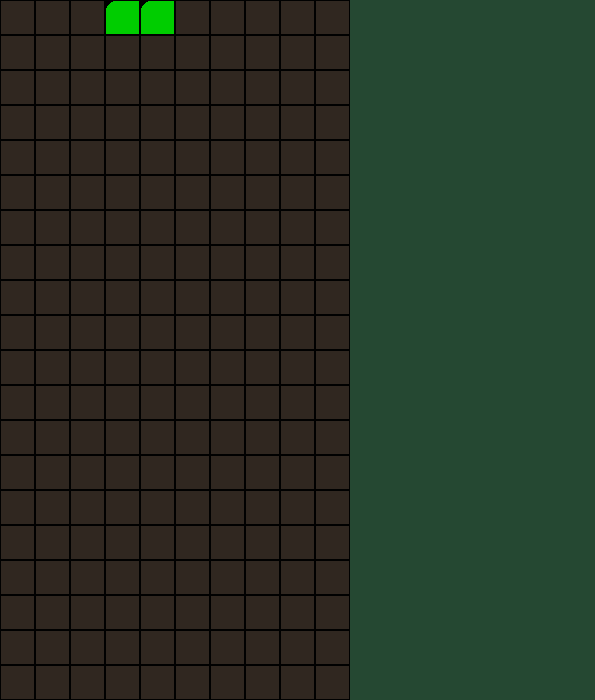
Repository: lucacdev/Tetris
Script's output: python assets/main.py
The author's editor kept a copy of each file at every save. The script's output is drawn from the files as they stood at one save, then again after the next save.
The window is shown after at most 60 frames with no key pressed. Random numbers start from a fixed seed.

Above is the script's output before, as saved 2024-03-02 14:06:00.

### assets/main.py
from settings import *
from tetris import Tetris
import sys
import pathlib

class App:
    def __init__(self):
        pg.init()
        pg.display.set_caption('Tetris')
        self.screen = pg.display.set_mode(WIN_RES)
        self.clock = pg.time.Clock()
        self.set_timer()
        # self.images = self.load_images()
        self.tetris = Tetris(self)

    """ def load_images(self):
        files = [item for item in pathlib.Path(SPRITE_DIR_PATH).rglob('*.png') if item.is_file()]
        images = [pg.image.load(file).convert_alpha() for file in files]
        images = [pg.transform.scale(image, (TILE_SIZE, TILE_SIZE)) for image in images]
        return images """

    def set_timer(self):
        self.user_event = pg.USEREVENT
        self.fast_user_event = pg.USEREVENT + 1
        self.anim_trigger = False
        self.fast_anim_trigger = False
        pg.time.set_timer(self.user_event, ANIM_TIME_INTERVAL)
        pg.time.set_timer(self.fast_user_event, FAST_ANIM_TIME_INTERVAL)

    def update(self):
        self.tetris.update()
        self.clock.tick(FPS)

    def draw(self):
        self.screen.fill(color=BG_COLOUR)
        self.screen.fill(color=FIELD_COLOUR, rect=(0, 0, *FIELD_RES))
        self.tetris.draw()
        pg.display.flip()

    def check_events(self):
        self.anim_trigger = False
        self.fast_anim_trigger = False
        for event in pg.event.get():
            if event.type == pg.QUIT or (event.type == pg.KEYDOWN and event.key == pg.K_ESCAPE):
                pg.quit()
                sys.exit()
            elif event.type == pg.KEYDOWN:
                self.tetris.control(pressed_key=event.key)
            elif event.type == self.user_event:
                self.anim_trigger = True
            elif event.type == self.fast_user_event:
                self.fast_anim_trigger = True

    def run(self):
        while True:
            self.check_events()
            self.update()
            self.draw()

if __name__ == '__main__':
    app = App()
    app.run()

### assets/settings.py
import pygame as pg

vec = pg.math.Vector2

FPS = 60
FIELD_COLOUR = (48, 39, 32)
BG_COLOUR = (37, 72, 50)

# SPRITE_DIR_PATH = 'assets/sprites'

ANIM_TIME_INTERVAL = 150 # ms
FAST_ANIM_TIME_INTERVAL = 15 # ms

TILE_SIZE = 35
FIELD_SIZE = FIELD_W, FIELD_H = 10, 20
FIELD_RES = FIELD_W * TILE_SIZE, FIELD_H * TILE_SIZE

FIELD_SCALE_W, FIELD_SCALE_H = 1.7, 1.0
WIN_RES = WIN_W, WIN_H = FIELD_RES[0] * FIELD_SCALE_W, FIELD_RES[1] * FIELD_SCALE_H

INIT_POS_OFFSET = vec(FIELD_W // 2 - 1, 0)
MOVE_DIRECTIONS = {'left': vec(-1, 0), 'right': vec(1, 0), 'down': vec(0, 1)}

TETROMINOES = {
    'O' : [(0, 0), (0, -1), (1, 0), (1, -1)],
    'I' : [(0, 0), (0, 1), (0, -1), (0, -2)],
    'S' : [(0, 0), (-1, 0), (0, -1), (1, -1)],
    'Z' : [(0, 0), (1, 0), (0, -1), (-1, -1)],
    'L' : [(0, 0), (1, 0), (0, -1), (0, -2)],
    'J' : [(0, 0), (-1, 0), (0, -1), (0, -2)],
    'T' : [(0, 0), (-1, 0), (1, 0), (0, -1)]
}

TETROMINOES_COLOURS = {
    'O' : (205, 205, 0),
    'I' : (0, 205, 205),
    'S' : (0, 205, 0),
    'Z' : (205, 0, 0),
    'L' : (205, 102, 0),
    'J' : (0, 0, 205),
    'T' : (154, 0, 205)
}

### assets/tetris.py
from settings import *
import math
from tetromino import Tetromino

class Tetris:
    def __init__(self, app):
        self.app = app
        self.sprite_group = pg.sprite.Group()
        self.field_array = self.get_field_array()
        self.tetromino = Tetromino(self)
        self.speed_up = False

    def check_full_lines(self):
        row = FIELD_H - 1
        for y in range(FIELD_H - 1, -1, -1):
            for x in range(FIELD_W):
                self.field_array[row][x] = self.field_array[y][x]

                if self.field_array[y][x]:
                    self.field_array[row][x].pos = vec(x, y)

            if sum(map(bool, self.field_array[y])) < FIELD_W:
                row -= 1
            else:
                for x in range(FIELD_W):
                    self.field_array[row][x].alive = False
                    self.field_array[row][x] = 0

    def put_blocks_in_array(self):
        for block in self.tetromino.blocks:
            x, y = int(block.pos.x), int(block.pos.y)
            self.field_array[y][x] = block

    def get_field_array(self):
        return [[0 for x in range(FIELD_W)] for y in range(FIELD_H)]

    def check_landing(self):
        if self.tetromino.landing:
            self.speed_up = False
            self.put_blocks_in_array()
            self.tetromino = Tetromino(self)

    def control(self, pressed_key):
        if pressed_key == pg.K_LEFT:
            self.tetromino.move(direction='left')
        elif pressed_key == pg.K_RIGHT:
            self.tetromino.move(direction='right')
        elif pressed_key == pg.K_UP:
            self.tetromino.rotate()
        elif pressed_key == pg.K_DOWN:
            self.speed_up = True

    def draw_grid(self):
        for x in range (FIELD_W):
            for y in range (FIELD_H):
                pg.draw.rect(self.app.screen, 'black',
                             (x * TILE_SIZE, y * TILE_SIZE, TILE_SIZE, TILE_SIZE), 1)

    def update(self):
        trigger = [self.app.anim_trigger, self.app.fast_anim_trigger][self.speed_up]
        if trigger:
            self.check_full_lines()
            self.tetromino.update()
            self.check_landing()
        self.sprite_group.update()

    def draw(self):
        self.draw_grid()
        self.sprite_group.draw(self.app.screen)

### assets/tetromino.py
from settings import *
import random
from threading import Timer

class Block(pg.sprite.Sprite):
    def __init__(self, tetromino, pos):
        self.tetromino = tetromino
        self.pos = vec(pos) + INIT_POS_OFFSET
        self.alive = True

        super().__init__(tetromino.tetris.sprite_group)
        # self.image = tetromino.image
        self.image = pg.Surface([TILE_SIZE, TILE_SIZE])
        pg.draw.rect(self.image, tetromino.image, (1, 1, TILE_SIZE - 2, TILE_SIZE - 2), border_top_left_radius = 10)
        self.rect = self.image.get_rect()

    def is_alive(self):
        if not self.alive:
            self.kill()

    def rotate(self, pivot_pos):
        translated = self.pos - pivot_pos
        rotated = translated.rotate(90)
        return rotated + pivot_pos

    def set_rect_pos(self):
        self.rect.topleft = self.pos * TILE_SIZE

    def update(self):
        self.is_alive()
        self.set_rect_pos()

    def is_collide(self, pos):
        x, y = int(pos.x), int(pos.y)
        if 0 <= x < FIELD_W and y < FIELD_H and (y < 0 or not self.tetromino.tetris.field_array[y][x]):
            return False
        return True

class Tetromino:
    def __init__(self, tetris):
        self.tetris = tetris
        self.shape = random.choice(list(TETROMINOES.keys()))
        # self.image = random.choice(tetris.app.images)
        self.image = TETROMINOES_COLOURS[self.shape]
        self.blocks = [Block(self, pos) for pos in TETROMINOES[self.shape]]
        self.landing = False

    def rotate(self):
        pivot_pos = self.blocks[0].pos
        new_block_positions = [block.rotate(pivot_pos) for block in self.blocks]

        if not self.is_collide(new_block_positions):
            for i, block in enumerate(self.blocks):
                block.pos = new_block_positions[i]

    def is_collide(self, block_positions):
        return any(map(Block.is_collide, self.blocks, block_positions))

    def move(self, direction):
        move_direction = MOVE_DIRECTIONS[direction]
        new_block_positions = [block.pos + move_direction for block in self.blocks]
        is_collide = self.is_collide(new_block_positions)

        if not is_collide:
            for block in self.blocks:
                block.pos += move_direction
        elif direction == 'down':
            self.landing = True

    def update(self):
        self.move(direction='down')

After the next save:
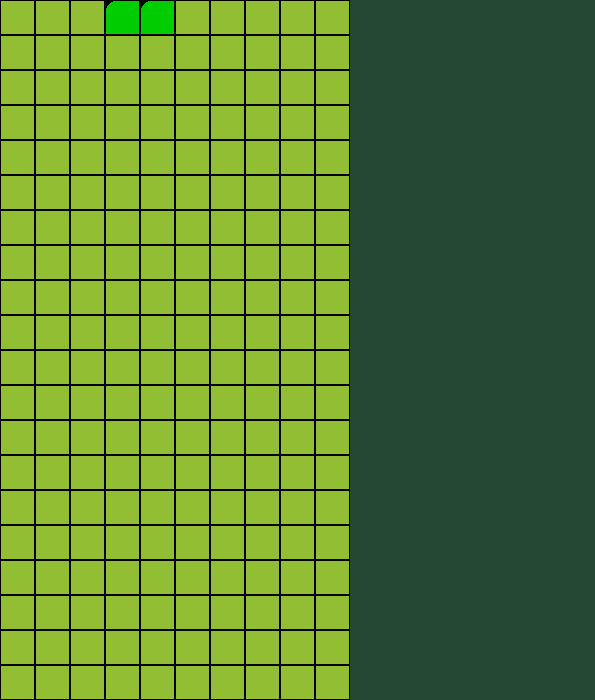
Saved 51 s later.
--- a/assets/settings.py
+++ b/assets/settings.py
@@ -3,7 +3,7 @@
 vec = pg.math.Vector2
 
 FPS = 60
-FIELD_COLOUR = (48, 39, 32)
+FIELD_COLOUR = (146, 190, 51)
 BG_COLOUR = (37, 72, 50)
 
 # SPRITE_DIR_PATH = 'assets/sprites'
